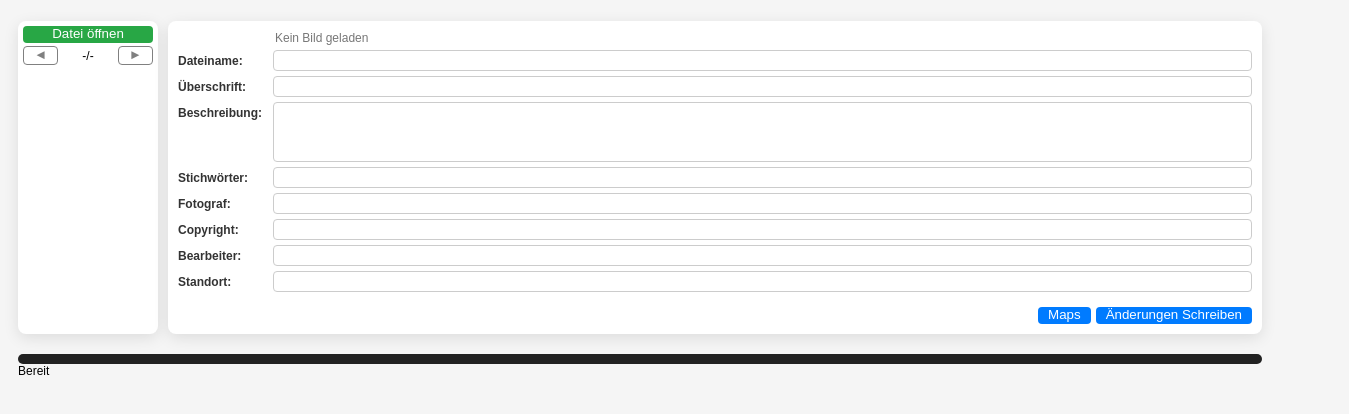
Repository: h-fahle/metadata
Page: ui/index.html
The author's editor kept a copy of each file at every save. The page is drawn from the files as they stood at one save, then again after the next save.
The browser window is 1280 px wide. The page is 1349 px wide, so the pictures cover 1349 px, including what lies to the right of the window. The pictures show the whole page.

Above is the page before, as saved 2026-08-19 11:03:43.

After the next save:
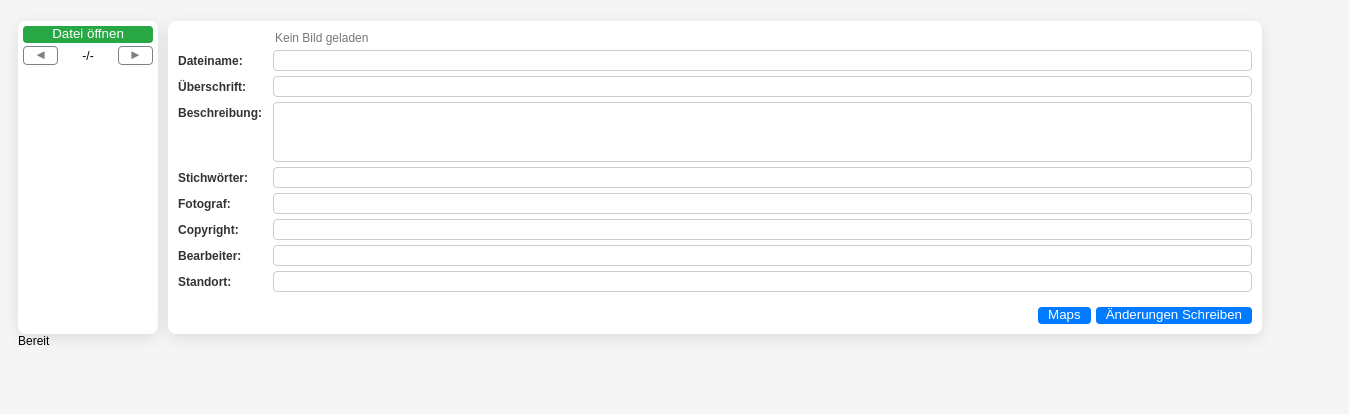
Saved 60 s later.
--- a/ui/style.css
+++ b/ui/style.css
@@ -49,17 +49,6 @@ select {
 	background: #28a745;
 	color: white;
 	width: 120px;
-}
-
-#ausgabe {
-	margin-top: 20px;
-	background: #222;
-	color: #00ff00;
-	padding: 5px;
-	border-radius: 5px;
-	font-family: monospace;
-	white-space: pre-wrap;
-	overflow-x: auto;
 }
 
 input#bildpfad {
